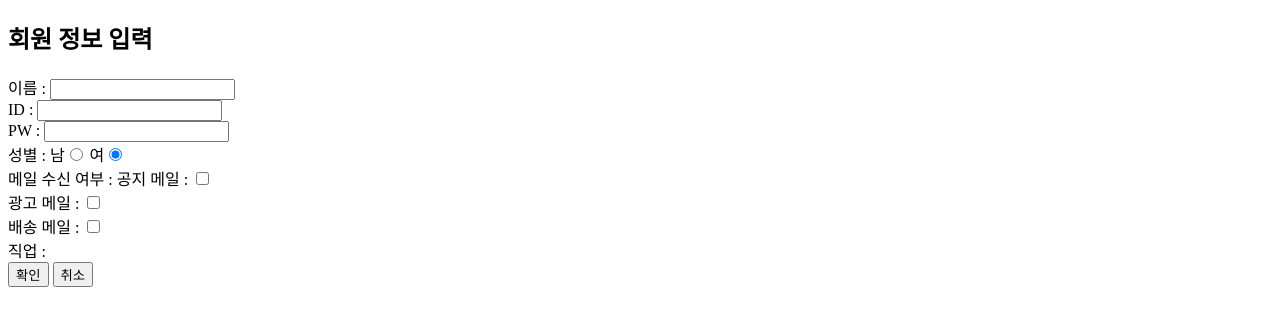
Repository: HongEunbeen/JSP-code
Page: http://localhost/StartJSP/form.jsp
The author's editor kept a copy of each file at every save. The page is drawn from the files as they stood at one save, then again after the next save.
The browser window is 1280 px wide. The pictures show the whole page.
The page is served by Tomcat 9. Other server files are loaded and not shown.

Above is the page before, as saved 2019-03-31 23:48:43.

### StartJSP/WebContent/form.jsp
<%@ page language="java" contentType="text/html; charset=UTF-8"
    pageEncoding="UTF-8"%>
<!DOCTYPE html>
<html>
<head>
<meta charset="UTF-8">
<title>Insert title here</title>
</head>
<body>

<h2>회원 정보 입력</h2>

<form action = "proc.jsp" method = "post" >
	이름 : <input type = "text" name = "name"><br>
	ID : <input type = "text" name = "id"><br>
	PW : <input type = "password" name = "pw"><br>
	성별 :
		남<input type = "radio" name = "gen" value = "M">
		여<input type = "radio" name = "gen" value = "F" checked>
	<br>
	메일 수신 여부 :
	공지 메일 : <input type = "checkbox" name = "inotice"><br>
	광고 메일 : <input type = "checkbox" name = "cnotice"><br>
	배송 메일 : <input type = "checkbox" name = "dnotice"><br>

	직업 :

	<br>
	<input type = "submit" value = "확인">
	<input type = "reset" value = "취소">
</form>

</body>
</html>

After the next save:
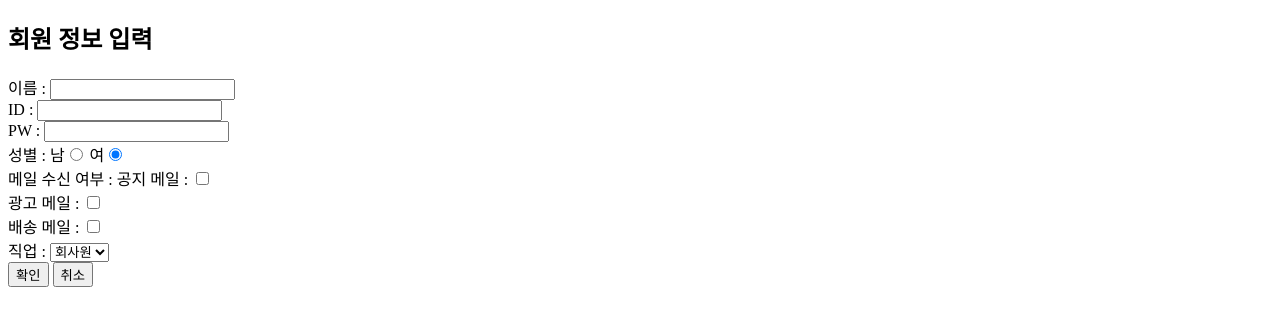
Saved 3 min 2 s later.
--- a/StartJSP/WebContent/form.jsp
+++ b/StartJSP/WebContent/form.jsp
@@ -24,7 +24,11 @@
 	배송 메일 : <input type = "checkbox" name = "dnotice"><br>
 
 	직업 :
-
+	<select name = "job">
+		<option>회사원</option>
+		<option>학생</option>
+		<option>기타</option>
+	</select>
 	<br>
 	<input type = "submit" value = "확인">
 	<input type = "reset" value = "취소">
